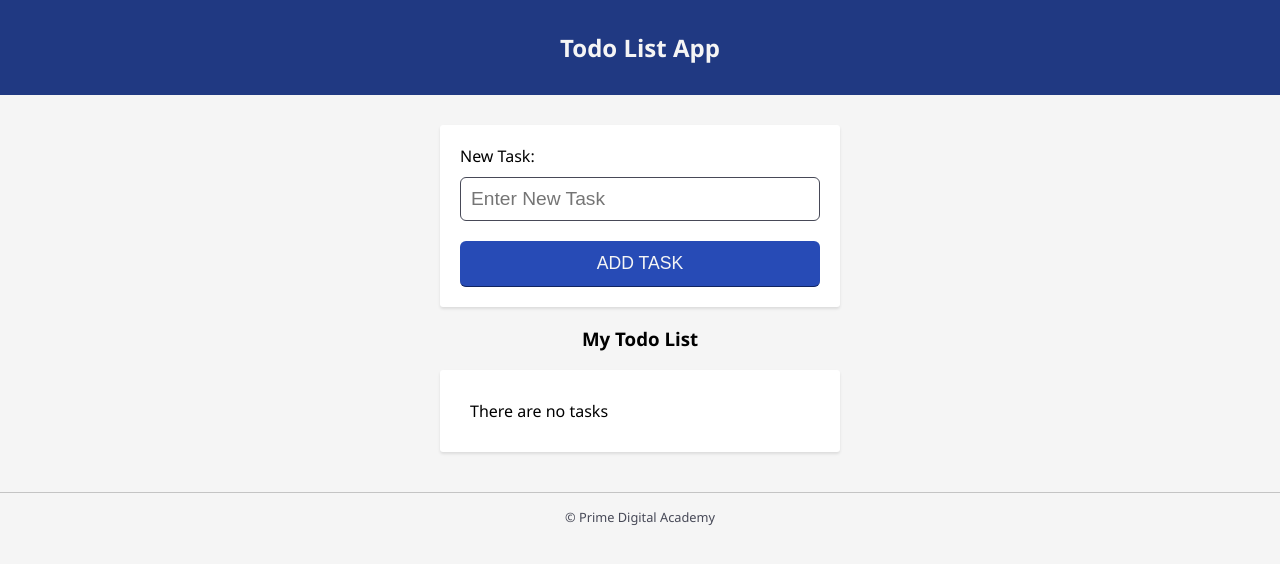
Repository: ryanmgregory/ursus-todo-list
Page: index.html
The author's editor kept a copy of each file at every save. The page is drawn from the files as they stood at one save, then again after the next save.
The browser window is 1280 px wide. The pictures show the whole page.

Above is the page before, as saved 2020-03-19 23:17:31.

### index.html
<!DOCTYPE html>
<html lang="en">
  <head>
    <meta charset="UTF-8" />
    <meta name="viewport" content="width=device-width, initial-scale=1.0" />
    <link rel="stylesheet" href="style.css" />
    <script src="jquery-3.4.1.min.js" type="text/javascript"></script>
    <script src="javascript.js" type="text/javascript"></script>

    <title>Todo List</title>
  </head>
  <body>
    <header class="appBar">
      <h1 class="appBar-title">Todo List App</h1>
    </header>
    <!-- ASSIGNMENT CONTENT GOES BELOW HERE -->

    <!--Input field with "New Task" label.  "Add Task" BTN.  -->
    <div class="panel">
      <form class="js-form-add">
        <label class="fieldLabel">New Task:</label>
        <input class="js-input-task" type="text" placeholder="Enter New Task" />
        <button class="btn btn_fullWidth" type="submit">ADD TASK</button>
      </form>
    </div>

    <!-- h3 "My To Do List"  -->
    <h3>My Todo List</h3>
    <!-- <UL> <OL single item: "There are no tasks in it"/>  -->
    <div class="panel">
      <ul class="js-unordered-list stackedList">
        <li class="js-single-item-list">
          There are no tasks
        </li>
      </ul>
    </div>
    <footer class="footer">
      &copy; Prime Digital Academy
    </footer>
  </body>
</html>

### style.css
/* ----------------------------------------
** Element Resets
** ---------------------------------------- */

h3 {
  text-align: center;
}

html,
body {
  margin: 0;
  height: 100%;
  background-color: #f5f5f5;
  font-family: "Segoe UI", Tahoma, Geneva, Verdana, sans-serif;
}

/* ----------------------------------------
** Footer
** ---------------------------------------- */

.footer {
  margin: 40px 0 0;
  padding: 15px 20px;
  border-top: 1px solid rgb(0, 0, 0, 0.2);
  color: #474957;
  text-align: center;
  font-size: 0.8rem;
}

/* ----------------------------------------
** App Bar
** ---------------------------------------- */

.appBar {
  margin: 0 0 30px;
  padding: 15px 20px;
  background-color: #203982;
  color: #f5f5f5;
  text-align: center;
}

.appBar-title {
  font-size: 1.5rem;
}

/* ----------------------------------------
** Panel
** - wrapping element meant to give the look
**   of a raised box
** ---------------------------------------- */

.panel {
  margin: 0 auto;
  padding: 20px;
  max-width: 90%;
  width: 400px;
  box-sizing: border-box;
  background-color: #ffffff;
  border-radius: 3px;
  box-shadow: 0 2px 3px rgb(0, 0, 0, 0.1);
}

.panel + .panel {
  margin-top: 20px;
}

/* ----------------------------------------
** Button
** - interactive element for clickable buttons
** ---------------------------------------- */

.btn {
  padding: 12px 18px;
  box-sizing: border-box;
  border-radius: 6px;
  background: #274bb6;
  border-width: 0;
  border-bottom: 1px solid #102461;
  color: #f5f5f5;
  text-align: center;
  font-size: 1.1rem;
  text-transform: uppercase;
  cursor: pointer;
}

.btn:hover {
  background-color: #102461;
}

.btn:disabled {
  border-width: 0;
  background-color: #b2b6d3;
  cursor: not-allowed;
}

.btn_fullWidth {
  width: 100%;
}

/* ----------------------------------------
** Form Fields
** - styling for both standard input and label
** ---------------------------------------- */

.fieldLabel {
  display: block;
  margin: 0 0 10px;
}

.js-input-task {
  margin: 0 0 20px;
  padding: 10px;
  width: 100%;
  box-sizing: border-box;
  border-radius: 6px;
  border: 1px solid #474957;
  font-size: 1.2rem;
}

/* ----------------------------------------
** Stacked List
** - meant for the element wrapping a list
**   of items
** ---------------------------------------- */

.stackedList {
  margin: 0;
  padding: 0;
  list-style: none;
}

.stackedList > * {
  display: flex;
  justify-content: space-between;
  align-items: center;
  padding: 10px;
  width: 100%;
  box-sizing: border-box;
}

.stackedList > * + * {
  border-top: 1px solid #75788d;
}

/* ----------------------------------------
** Actions and State
** - utility classes to alter a visual
** ---------------------------------------- */

.isComplete {
  background-color: #a8f0d4;
}

### javascript.js
$(document).ready(init);
// create addTask ready on page load
const todoArray = [];

function init() {
  $(".js-form-add").on("click", ".btn", addTask);
  // $(".js-unordered-list").on("click", ".js-btn-complete", toggleBtn);
}

const taskObject = {
  taskName: $(".js-input-task").val(),
  complete: false
};
// addTask function to receive task (as object) into array
// create object with name (string) & complete (boolean)
// added prevent default event to stop the page from reloading

function addTask(event) {
  event.preventDefault();
  console.log("in addTask");

  const taskObject = {
    taskName: $(".js-input-task").val(),
    complete: false
  };
  todoArray.push(taskObject);
  console.log("to do array:", todoArray);
  emptyField();
  render();
}

// empty input field after addTask
function emptyField() {
  $(".js-input-task").val("");
}

// Display object from array on <ul> on DOM
// empty array before each push
function render() {
  $(".js-unordered-list").empty();
  for (let i = 0; i < todoArray.length; i++) {
    const individualTask = todoArray[i];
    $(".js-unordered-list").append(`
        <div>
        <li>${individualTask.taskName}<button class="btn js-btn-complete">COMPLETE</button>  </li>
        <div>
        `);
  }
}

// btn click event to change value of object to true

// function toggleBtn() {
//   $(this.value === false);
// }

//   console.log("in ToGgLe!!!");
//   if (($(this.parent()) = false)) {
//     console.log("its false");
//   }
//   if (($(this.parent()) = true)) {
//     console.log("its true");
//   }
// }

//   for (let i = 0; i < todoArray.length; i++) {
//     const individualTask = todoArray[i];
//     $(this).toggle($({.complete} = true));
//   }

// // console.log("todoArray:", todoArray);

// function toggleBtn() {
//   console.log("in ToGgLe!!!");
//   console.log("todoArray:", todoArray);
//   for (let i = 0; i < todoArray.length; i++) {
//     const individualTask = todoArray[i];
//     $(".js-unordered-list").append(`
//   <div>
//   <button class="js-btn-complete"${(individualTask.complete = true)}>COMPLETE</button>  </li>
//   <div>
//   `);
//   }
// }

Loaded but not shown: jquery-3.4.1.min.js (library)

After the next save:
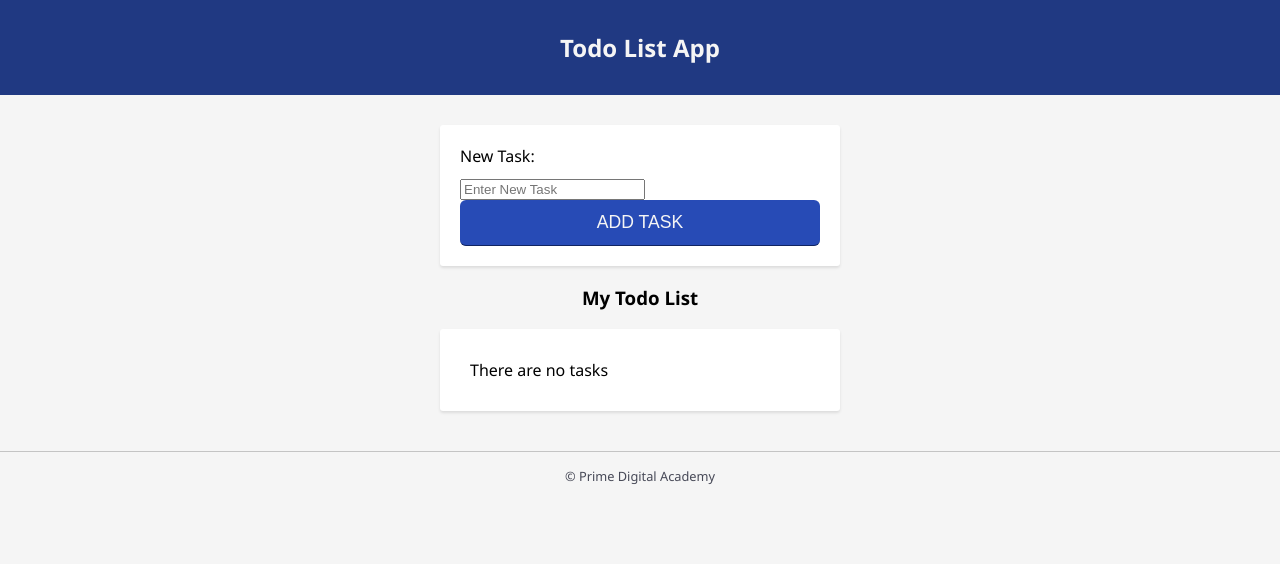
Saved 61 s later.
--- a/style.css
+++ b/style.css
@@ -107,7 +107,7 @@
   margin: 0 0 10px;
 }
 
-.js-input-task {
+.input {
   margin: 0 0 20px;
   padding: 10px;
   width: 100%;

After the 2 saves that followed:
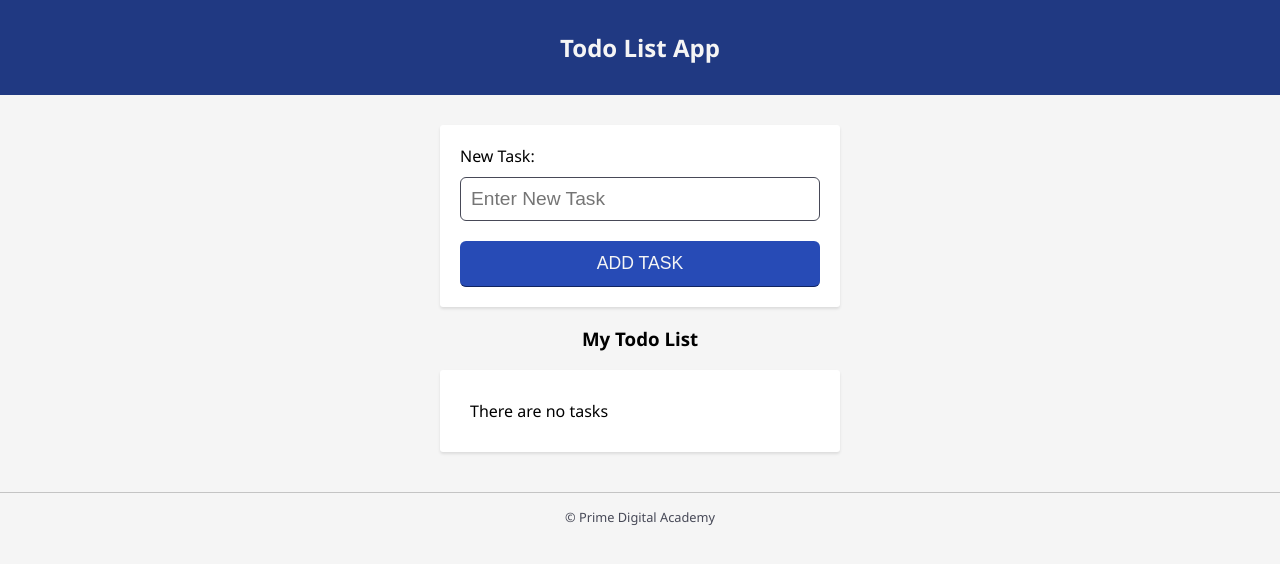
The 2 saves are shown as one change because 1 left the picture as it was.
The last was saved 25 s later.
--- a/index.html
+++ b/index.html
@@ -19,7 +19,11 @@
     <div class="panel">
       <form class="js-form-add">
         <label class="fieldLabel">New Task:</label>
-        <input class="js-input-task" type="text" placeholder="Enter New Task" />
+        <input
+          class="js-input-task inputField"
+          type="text"
+          placeholder="Enter New Task"
+        />
         <button class="btn btn_fullWidth" type="submit">ADD TASK</button>
       </form>
     </div>
--- a/style.css
+++ b/style.css
@@ -107,7 +107,7 @@
   margin: 0 0 10px;
 }
 
-.input {
+.inputField {
   margin: 0 0 20px;
   padding: 10px;
   width: 100%;
